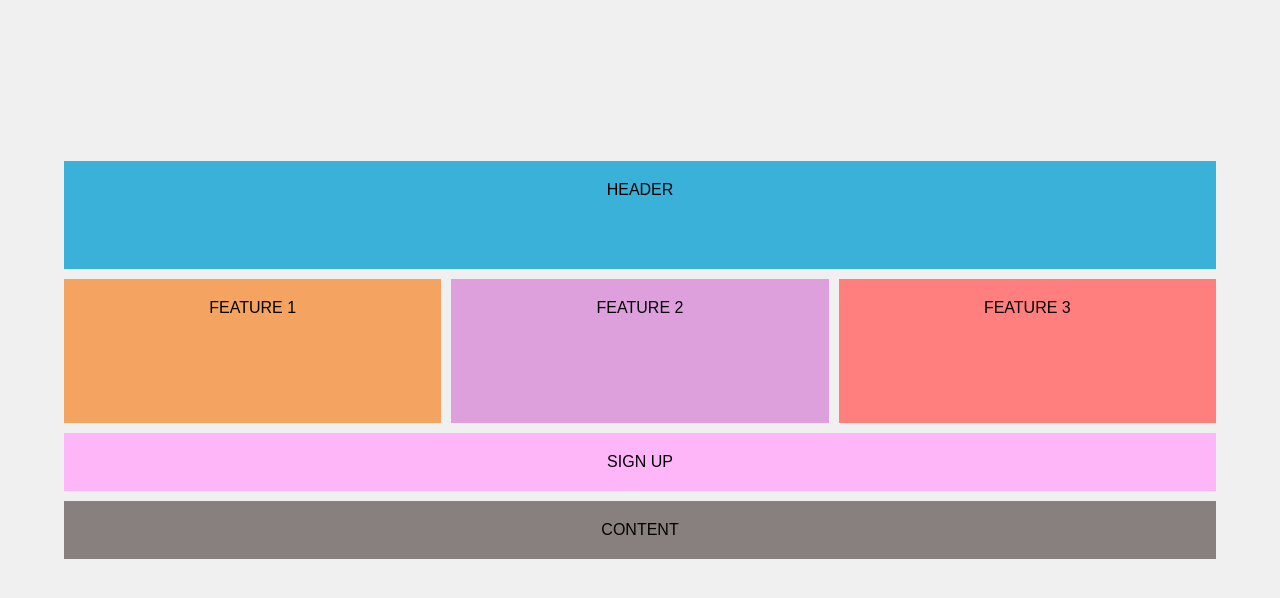
Repository: viveknaidu007/repo-152-FSD-InnomaticsTasksSep2024
Page: task_3/index.html
The author's editor kept a copy of each file at every save. The page is drawn from the files as they stood at one save, then again after the next save.
The browser window is 1280 px wide. The pictures show the whole page.

Above is the page before, as saved 2024-10-02 11:34:27.

### task_3/index.html
<!DOCTYPE html>
<html lang="en">
<head>
  <meta charset="UTF-8">
  <meta name="viewport" content="width=device-width, initial-scale=1.0">
  <title>Responsive Layout</title>
  <link rel="stylesheet" href="styles.css">
</head>
<body>
  <div class="container">
    <header class="header">HEADER</header>
    <div class="content">CONTENT</div>
    <div class="signup">SIGN UP</div>
    <div class="feature feature1">FEATURE 1</div>
    <div class="feature feature2">FEATURE 2</div>
    <div class="feature feature3">FEATURE 3</div>
  </div>
</body>
</html>

### task_3/styles.css
* {
    margin: 0;
    padding: 0;
    box-sizing: border-box;
  }

  body {
    font-family: Arial, sans-serif;
    display: flex;
    justify-content: center;
    align-items: center;
    height: 100vh;
    background-color: #f0f0f0;
  }



  .container {
    display: grid;
    grid-template-areas:
      "header"
      "content"
      "signup"
      "feature1"
      "feature2"
      "feature3";
    grid-template-columns: 1fr;
    gap: 10px;
    width: 90%;
    max-width: 1200px;
  }

  .header {
    grid-area: header;
    background-color: #3ab1d9;
    text-align: center;
    padding: 20px;
    position: static;
    height: 15vh;
  }

  .content {
    grid-area: content;
    background-color: #887f7f;
    text-align: center;
    padding: 20px;
  }

  .signup {
    grid-area: signup;
    background-color: #ffb6f9;
    text-align: center;
    padding: 20px;
  }

  .feature {
    background-color: #dda0dd;
    text-align: center;
    padding: 20px;
  }

  .feature1 {
    background-color: #f4a460;
    height:20vh;
  }

  .feature2 {
    background-color: #dda0dd;
    height:20vh
  }

  .feature3 {
    background-color: #ff7f7f;
  }


  @media(min-width: 768px) {
    .container {
      grid-template-areas:
        "header header"
        "content content"
        "signup feature1"
        "feature2 feature3";
      grid-template-columns: 1fr 1fr;
    }
  }

  @media(min-width: 1024px) {
    .container {
      grid-template-areas:
        "header header header"
        "feature1 feature2 feature3"
        "signup signup signup"
        "content content content";
      grid-template-columns: repeat(3, 1fr);
    }
  }

After the next save:
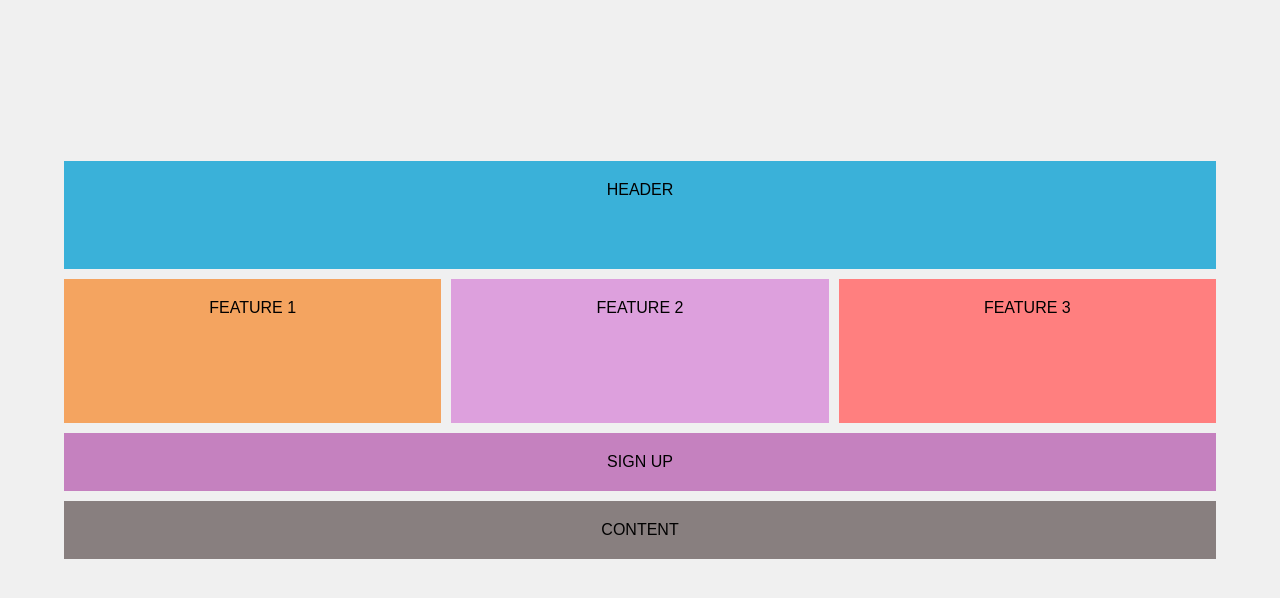
Saved 5 s later.
--- a/task_3/styles.css
+++ b/task_3/styles.css
@@ -48,7 +48,7 @@
 
   .signup {
     grid-area: signup;
-    background-color: #ffb6f9;
+    background-color: #c581bf;
     text-align: center;
     padding: 20px;
   }
